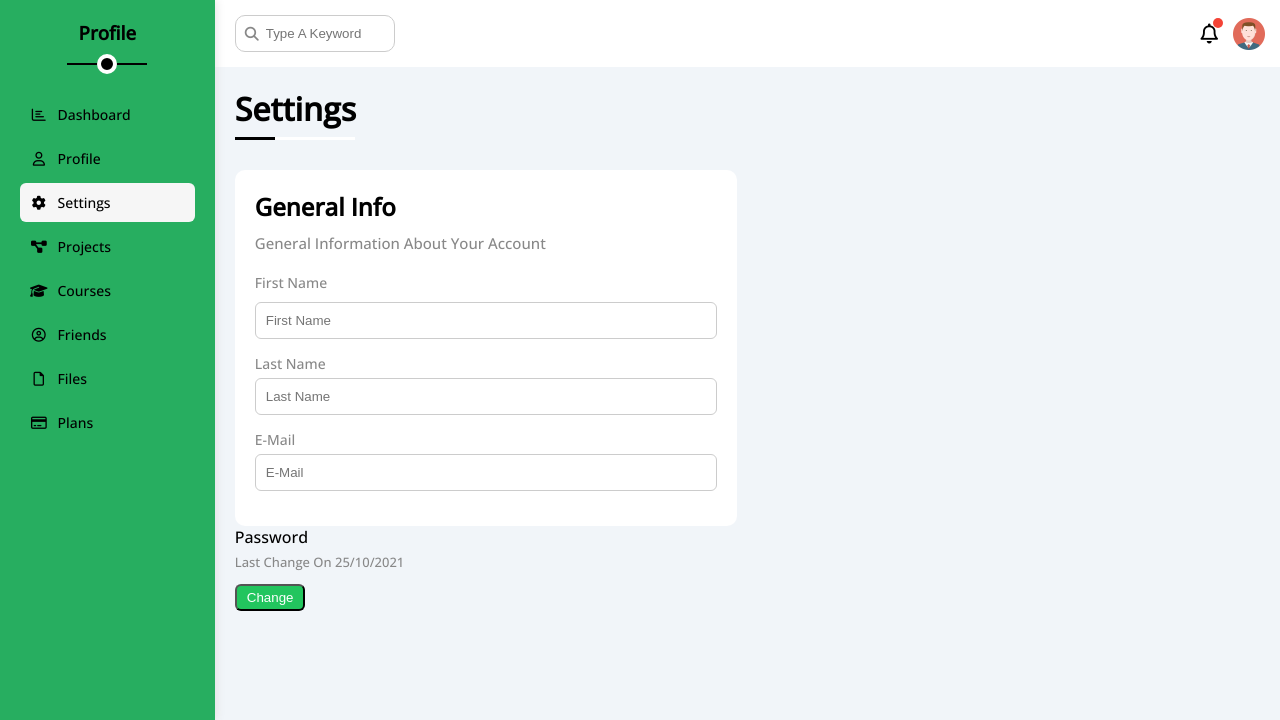
Repository: souhailaniba/Bookly
Page: public/assets/books webstie/settings.html
These files come from the project's save history. The page is drawn as it stood at one moment and after the next save; the edit follows.
The browser window is 1280 px wide. The pictures show the whole page.

Above is the page before, as saved 2023-01-27 15:02:47.

After the next save:
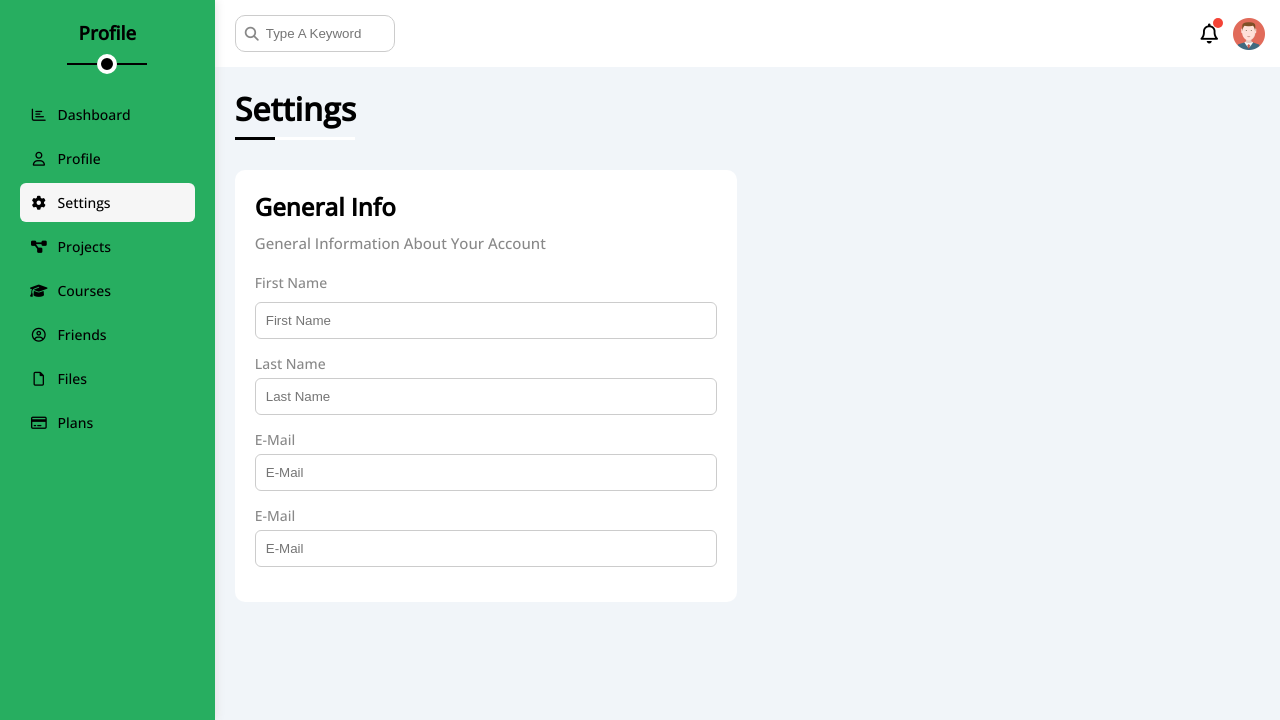
Saved 56 s later.
--- a/public/assets/books webstie/settings.html
+++ b/public/assets/books webstie/settings.html
@@ -115,12 +115,15 @@
                   placeholder="E-Mail"
                 />
               </div>
-            </div>
-              <div>
-                <span>Password</span>
-                <p class="c-grey mt-5 mb-0 fs-13">Last Change On 25/10/2021</p>
+              <div class="mb-15">
+                <label class="fs-14 c-grey d-block mb-5" for="email">E-Mail</label>
+                <input
+                  class="b-none border-ccc p-10 rad-6 d-block w-full"
+                  id="email"
+                  type="email"
+                  placeholder="E-Mail"
+                />
               </div>
-              <button class="button bg-green c-white btn-shape" type="submit" action="">Change</button>
             </div>
           </div>
         </form>
